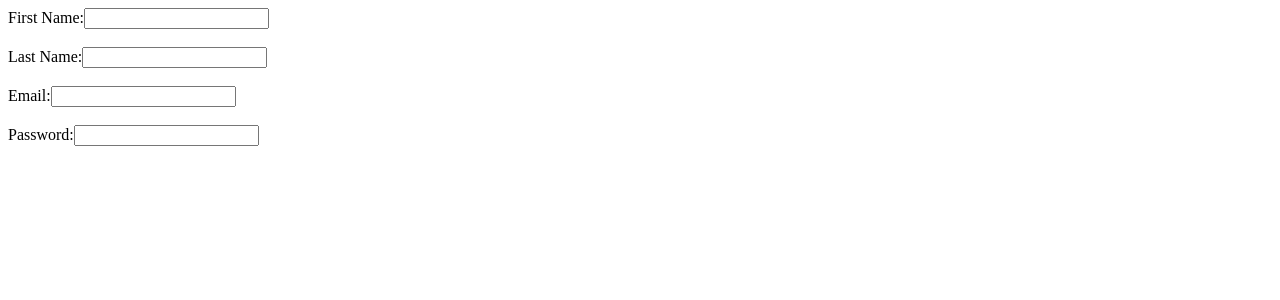
Repository: Shraddha-Khilari/Advance-JAVA
Page: http://localhost/movie-review-mvc/newuser.jsp
An editor plug-in stored every save of this project. The page is shown before and after the next save, followed by the edit.
The browser window is 1280 px wide. The pictures show the whole page.
The page is served by Tomcat 9. Other server files are loaded and not shown.

Above is the page before, as saved 2023-11-29 17:21:32.

### Day11/movie-review-mvc/src/main/webapp/newuser.jsp
<%@ page language="java" contentType="text/html; charset=UTF-8"
    pageEncoding="UTF-8"%>
<!DOCTYPE html>
<html>
<head>
<meta charset="UTF-8">
<title>New user</title>
</head>
<body>
<form method ="post" action="/saveuser">
First Name:<input type="text" name="firstname"/><br><br>
Last Name:<input type="text" name="lastname"/><br><br>
Email:<input type="text" name="email"/><br><br>
Password:<input type="text" name="password"/><br><br>




</form>
</body>
</html>

After the next save:
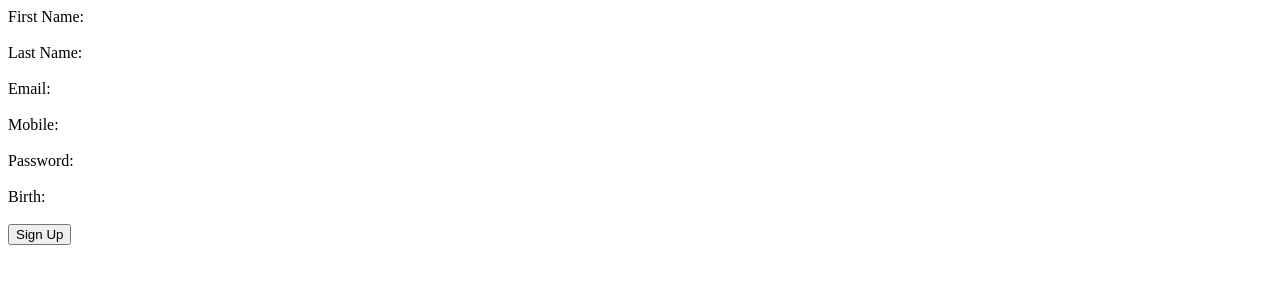
Saved 111 s later.
--- a/Day11/movie-review-mvc/src/main/webapp/newuser.jsp
+++ b/Day11/movie-review-mvc/src/main/webapp/newuser.jsp
@@ -7,15 +7,25 @@
 <title>New user</title>
 </head>
 <body>
+<%--
 <form method ="post" action="/saveuser">
 First Name:<input type="text" name="firstname"/><br><br>
 Last Name:<input type="text" name="lastname"/><br><br>
 Email:<input type="text" name="email"/><br><br>
 Password:<input type="text" name="password"/><br><br>
+</form>
+--%>
 
-
-
-
-</form>
+<sf:form modelAttribute="usr" action="/saveuser">
+		First Name: <sf:input path="firstName"/> <sf:errors path="firstName" cssStyle="color:red;"/> <br/><br/>
+		Last Name: <sf:input path="lastName"/> <sf:errors path="lastName" cssStyle="color:red;"/> <br/><br/>
+		Email: <sf:input path="email"/> <sf:errors path="email" cssStyle="color:red;"/> <br/><br/>
+		Mobile: <sf:input path="mobile"/> <sf:errors path="mobile" cssStyle="color:red;"/> <br/><br/>
+		Password: <sf:password path="password"/> <sf:errors path="password" cssStyle="color:red;"/> <br/><br/>
+		Birth: <sf:input type="date" path="birth"/> <sf:errors path="birth" cssStyle="color:red;"/> <br/><br/>
+		<input type="submit" value="Sign Up"/>
+		<br/><br/>
+	<sf:errors path="*" cssStyle="color:red;"/>
+	</sf:form>
 </body>
 </html>
